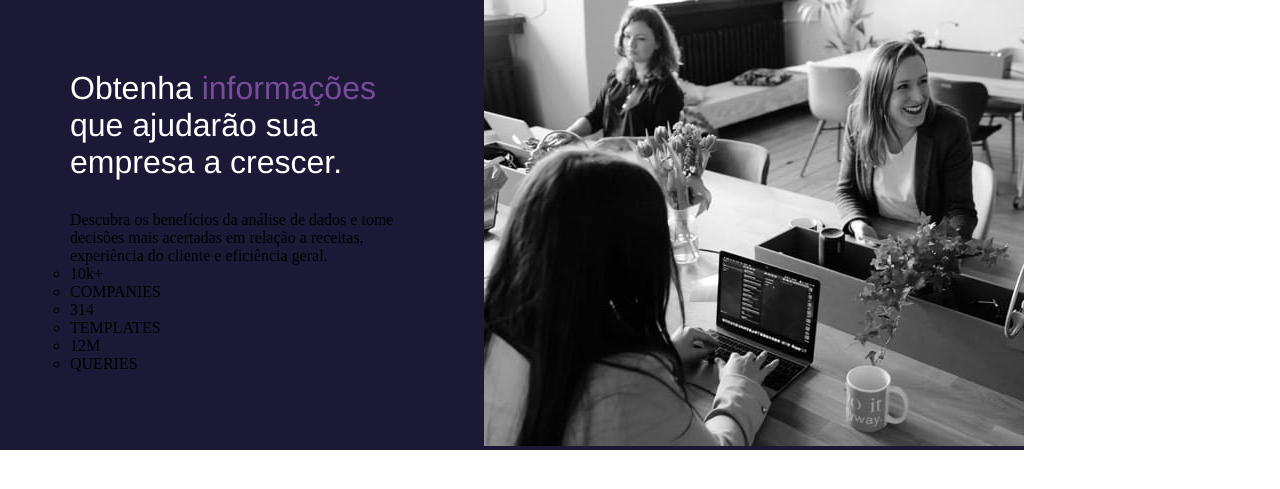
Repository: caique2512/componentes-de-estatisticas
Page: index.html
These files come from the project's save history. The page is drawn as it stood at one moment and after a run of saves; the edit follows.
The browser window is 1280 px wide. The pictures show the whole page.

Above is the page before, as saved 2026-03-03 17:17:48.

### index.html
<!DOCTYPE html>
<html lang="pt-br">
<head>
    <meta charset="UTF-8">
    <meta name="viewport" content="width=device-width, initial-scale=1.0">
    <title>Estatisticas</title>
    <link rel="stylesheet" href="src/reset.css">
    <link rel="stylesheet" href="src/estilos.css">
</head>
<body>
    <main class="conteudo">
        <div class="conteudo-principal">
            <h1 class="titulo">Obtenha <span>informações</span> que ajudarão sua empresa a crescer.</h1>
            <p class="subtitulo">Descubra os benefícios da análise de dados e tome decisões mais acertadas em relação a receitas, experiência do cliente e eficiência geral.</p>
            <ul class="estatisticas">
                <ul class="item1">
                    <li class="descricao">10k+</li>
                    <li>COMPANIES</li>
                </ul>
                <ul class="item2">
                    <li class="descricao">314</li>
                    <li>TEMPLATES</li>
                </ul>
                <ul class="item3">
                    <li class="descricao">12M</li>
                    <li>QUERIES</li>
                </ul>
            </ul>
        </div>
        <picture class="img">
            <img src="./images/image-header-desktop.jpg" alt="Mulheres no escritório">
        </picture>
    </main>
</body>
</html>

### src/estilos.css
.conteudo {
    background-color: #1C1937;
    display: flex;
    max-width: calc(100% - 20%);
}

.conteudo-principal {
    padding: 70px;
    width: 500px;
}

.conteudo-principal .titulo {
    color: white;
    font-weight: 100;
    font-family: 'Franklin Gothic Medium', 'Arial Narrow', Arial, sans-serif;
    margin-bottom: 30px;
}

.conteudo-principal .titulo span {
    color: #784B99;
}

.conteudo-principal .su

Loaded but not shown: src/reset.css (common file)

After the next 2 saves:
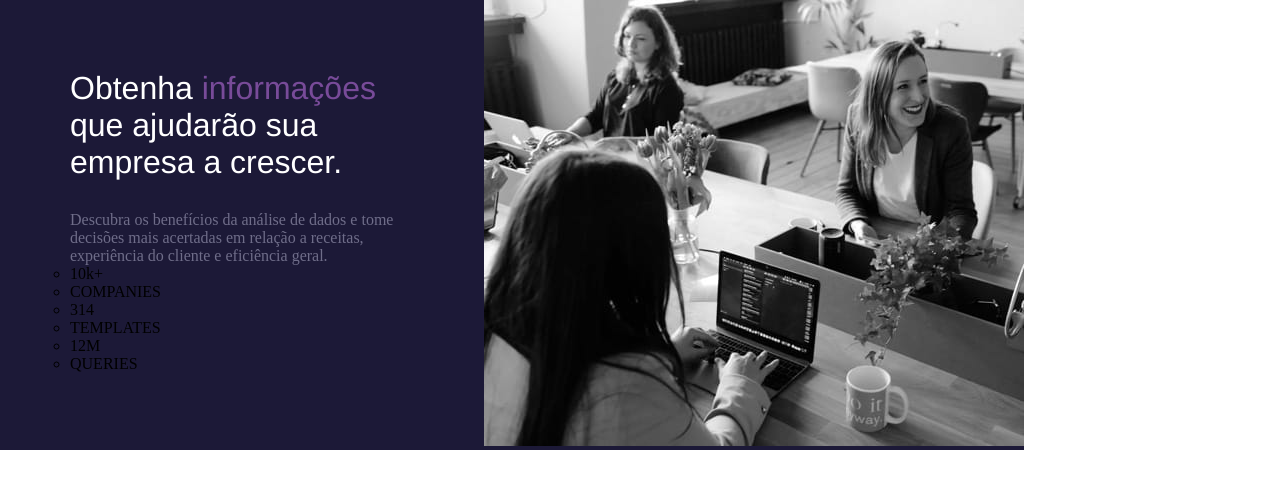
The 2 saves are shown as one change because they came seconds apart.
The last was saved 7 s later.
--- a/src/estilos.css
+++ b/src/estilos.css
@@ -20,4 +20,6 @@
     color: #784B99;
 }
 
-.conteudo-principal .su
+.conteudo-principal .subtitulo {
+    color: #6F6D89;
+}
